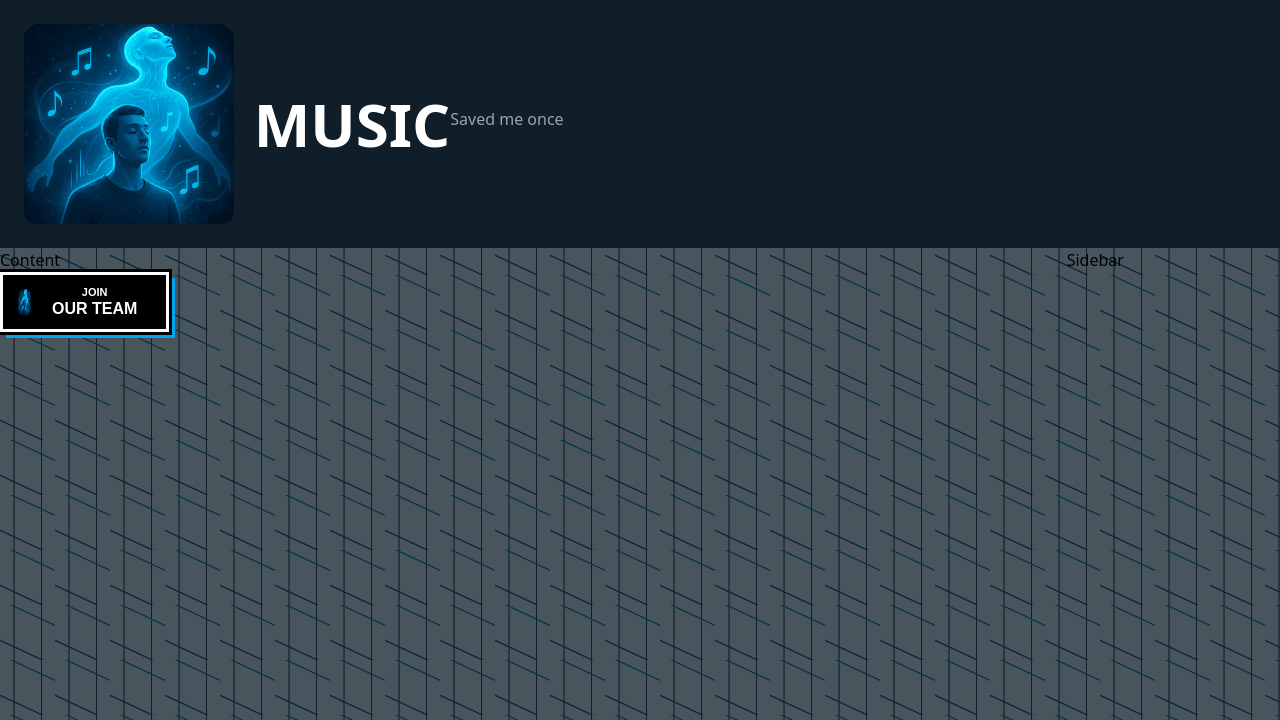
Repository: ItsMe-Pal/something
Page: index.html
An editor plug-in stored every save of this project. The page is shown before and after a run of saves, followed by the edit.
The browser window is 1280 px wide. The pictures show the whole page.
The style sheet was rebuilt from its Sass, Less or Tailwind sources for each picture, by a compiler version that may differ from the author's.

Above is the page before, as saved 2025-06-22 19:01:44.

### index.html
<!DOCTYPE html>
<html lang="en">
<head>
    <meta charset="UTF-8">
    <meta name="viewport" content="width=device-width, initial-scale=1.0">
    <title></title>

    <link rel="stylesheet" href="/manifest.json">

    <script src="https://cdn.jsdelivr.net/npm/@tailwindcss/browser@4"></script>
    <script src="https://code.jquery.com/jquery-3.7.1.js" integrity="sha256-eKhayi8LEQwp4NKxN+CfCh+3qOVUtJn3QNZ0TciWLP4=" crossorigin="anonymous"></script>

    <link rel="stylesheet" href="/styles/main.css">
</head>
<body>
    <div id="bg">

    <div class="relative flex gap-[2%] flex-wrap content-start">
        <div class="w-full h-[5%]">


                <header style="background-color: #0f1e29;">
                    <nav class="mx-auto flex max-w-7xl items-center justify-center gap-5 p-6 lg:px-8" aria-label="Global">
                      <div class="flex  ">

                          <img class="h-50 w-auto rounded-xl" src="/imgs/icons/icon-512x512.png" alt="" />
                      </div>


                      <div class=" lg:flex lg:flex-1 ">
                        <span class="word1">MUSIC</span>
                        <p class="word2">Saved me once</p>
                       </div>
                    </nav>

                  </header>
        </div>
        <div class="grow h-3/4">Content</div>
        <div class="w-1/6 h-3/4">Sidebar</div>
        <div class="w-full h-[5%]">
            <button class="brutalist-button">
                <div class="-logo">
                    <img class="-logo-icon" src="/imgs/icons/icon-512x512.png" alt="">
                </div>
                <div class="button-text">
                    <a href="http://">
                        <span>Join</span>
                        <span>Our team</span>
                    </a>
                </div>
              </button>

        </div>
      </div>

    </div>
    <script src="/src/main.js"></script>




</body>
</html>

### styles/main.scss
@use "./customs.scss";


#bg {
    position: relative;
    width: 100%;
    height: 100vh;
    --color: #001f3fe8;
    background-color: #0f1e2980;
    background-image: linear-gradient(205deg, transparent 24%, var(--color) 25%, #0e7e87 26%, transparent 27%, transparent 74%, rgba(0, 58, 86, 0.9098039216) 75%, var(--color) 76%, transparent 77%, transparent), linear-gradient(90deg, transparent 24%, var(--color) 25%, rgba(27, 26, 17, 0.9098039216) 26%, transparent 27%, transparent 74%, rgba(19, 18, 19, 0.9098039216) 75%, var(--color) 76%, transparent 77%, transparent);
    background-size: 55px 55px;
  }
#bg:before {
    content: "";
    position: absolute;
    left: 0;
    top: 0;
    width: 100%;
    background-color: #0f1e2980;
    height: 100%;
}
  .word1 {
    font-size: 3.75rem;
    line-height: 1;
    font-weight: 700;
    color: #fff
  }
  .word2 {
    margin-top: 0.75rem;
    margin-bottom: 0.75rem;
    line-height: 1.625;
    color: rgba(156, 163, 175, 1);
  }


  /* From Uiverse.io by 0xnihilism */
.brutalist-button {
    display: flex;
    align-items: center;
    cursor: pointer;
    width: 169px;
    height: 60px;
    background-color: #000;
    color: #fff;
    text-decoration: none;
    font-family: Arial, sans-serif;
    font-weight: bold;
    border: 3px solid #fff;
    outline: 3px solid #000;
    box-shadow: 6px 6px 0 #00a4ef;
    transition: all 0.1s ease-out;
    padding: 0 15px;
    box-sizing: border-box;
    position: relative;
    overflow: hidden;
  }

  .brutalist-button::before {
    content: "";
    position: absolute;
    top: 0;
    left: -100%;
    width: 100%;
    height: 100%;
    background: linear-gradient(
      90deg,
      transparent,
      rgba(255, 255, 255, 0.8),
      transparent
    );
    z-index: 1;
    transition: none;
    /* Initially hide the pseudo-element */
    opacity: 0;
  }

  @keyframes slide {
    0% {
      left: -100%;
    }
    100% {
      left: 100%;
    }
  }

  .brutalist-button:hover::before {
    /* Show the pseudo-element on hover */
    opacity: 1;
    animation: slide 2s infinite;
  }

  .brutalist-button:hover {
    transform: translate(-4px, -4px);
    box-shadow: 10px 10px 0 #000;
    background-color: #000;
    color: #fff;
  }

  @keyframes slide {
    0% {
      left: -100%;
    }
    100% {
      left: 100%;
    }
  }

  .brutalist-button:active {
    transform: translate(4px, 4px);
    box-shadow: 0px 0px 0 #00a4ef;
    background-color: #fff;
    color: #000;
    border-color: #000;
  }

  /* Rest of the CSS remains the same */

  .-logo {
    display: grid;
    grid-template-columns: repeat(2, 1fr);
    gap: 1px;
    width: 26px;
    height: 26px;
    margin-right: 8px;
    flex-shrink: 0;
    transition: transform 0.2s ease-out;
    position: relative;
    z-index: 1;
  }

  .brutalist-button:hover .-logo {
    transform: rotate(-10deg) scale(1.1);
  }

  .brutalist-button:active .-logo {
    transform: rotate(10deg) scale(0.9);
  }

  .-logo-icon {
    border-radius: 30%;
    width: 100%;
    height: 100%;
  }


  .button-text {
    display: flex;
    flex-direction: column;
    line-height: 1.2;
    transition: transform 0.2s ease-out;
    position: relative;
    z-index: 1;
  }

  .brutalist-button:hover .button-text {
    transform: skew(-5deg);
  }

  .brutalist-button:active .button-text {
    transform: skew(5deg);
  }

  .button-text span:first-child {
    font-size: 11px;
    text-transform: uppercase;
    display: block;
  }

  .button-text span:last-child {
    font-size: 16px;
    text-transform: uppercase;
  }

Loaded but not shown: manifest.json (58 lines, source omitted); src/main.js (6 lines, source omitted); styles/customs.scss (846 lines, source omitted)

After the next 3 saves:
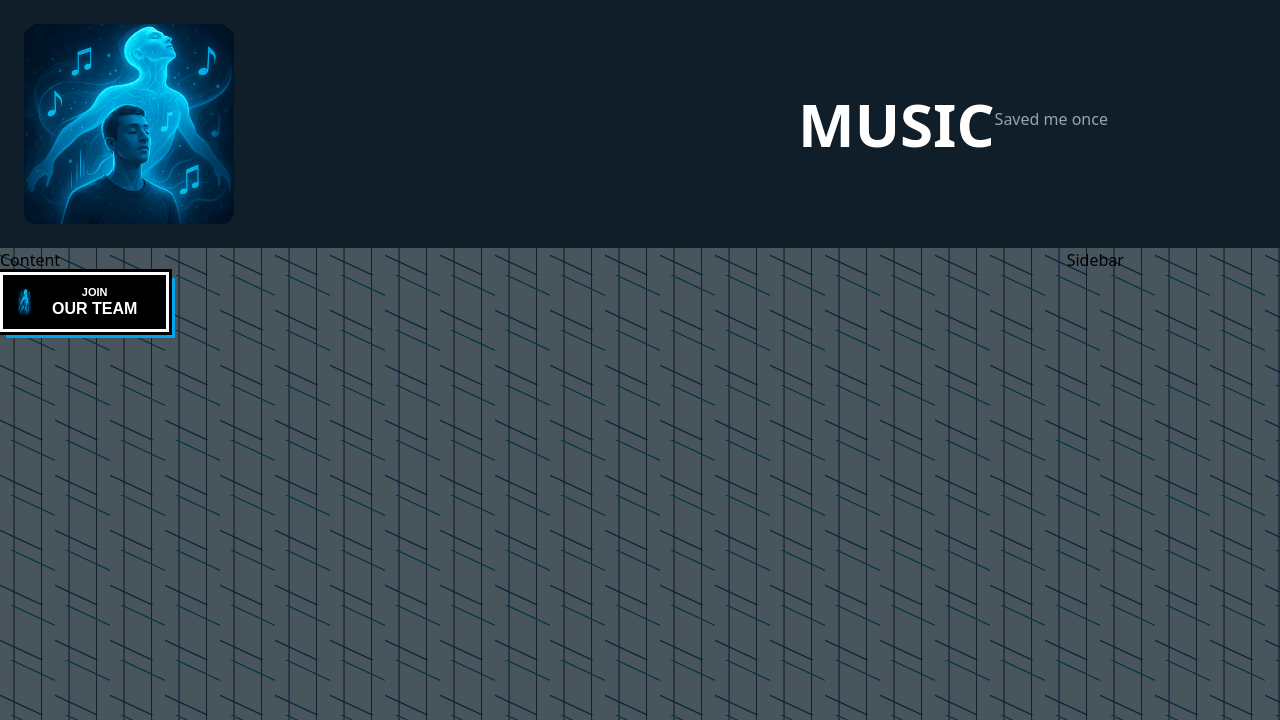
The 3 saves are shown as one change because they came seconds apart.
The last was saved 9 s later.
--- a/index.html
+++ b/index.html
@@ -21,13 +21,13 @@
 
                 <header style="background-color: #0f1e29;">
                     <nav class="mx-auto flex max-w-7xl items-center justify-center gap-5 p-6 lg:px-8" aria-label="Global">
-                      <div class="flex  ">
+                      <div class="flex lg:flex-1">
 
                           <img class="h-50 w-auto rounded-xl" src="/imgs/icons/icon-512x512.png" alt="" />
                       </div>
 
 
-                      <div class=" lg:flex lg:flex-1 ">
+                      <div class=" lg:flex lg:flex-1 lg:justify-center">
                         <span class="word1">MUSIC</span>
                         <p class="word2">Saved me once</p>
                        </div>
